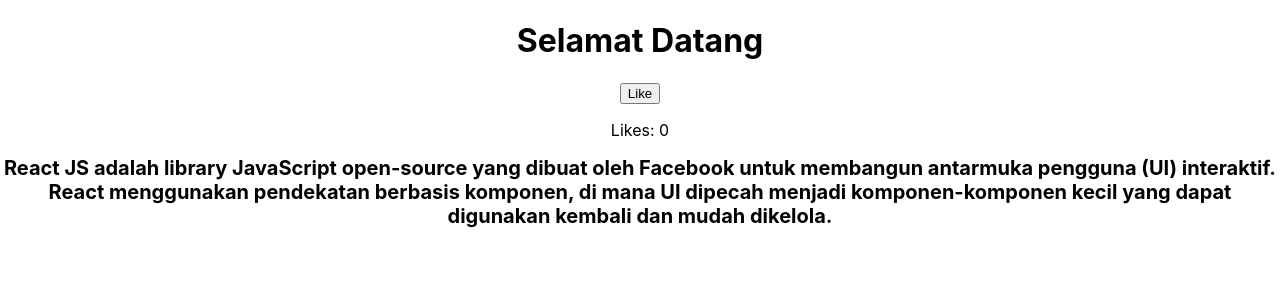
Repository: mfarhannr/Farhan_Quiz_ReactJS
Page: /
An editor plug-in stored every save of this project. The page is shown before and after a run of saves, followed by the edit.
The browser window is 1280 px wide. The pictures show the whole page.
The project was rebuilt for these pictures with package versions that can differ from the ones it lists, and the page was loaded fresh each time.

Above is the page before, as saved 2024-05-17 14:34:29.

### src/index.js
import React from 'react';
import ReactDOM from 'react-dom/client';
import './index.css';
import App from './App';
import Header from './components/text';
import reportWebVitals from './reportWebVitals';

const root = ReactDOM.createRoot(document.getElementById('root'));
root.render(
  <React.StrictMode>
    <App />
    {/* <Header /> */}
  </React.StrictMode>
);

// If you want to start measuring performance in your app, pass a function
// to log results (for example: reportWebVitals(console.log))
// or send to an analytics endpoint. Learn more: https://bit.ly/CRA-vitals
reportWebVitals();

### src/App.js

import Greeting from "./components/greeting";
import LikeButton from "./components/like-button";
import Text from "./components/text";
import "./App.css";

function App() {
  return (
    <div className="App">
      {/* <header className="App-header">
        <img src={logo} className="App-logo" alt="logo" />
        <p>
          Edit <code>src/App.js</code> and save to reload.
        </p>
        <a
          className="App-link"
          href="https://reactjs.org"
          target="_blank"
          rel="noopener noreferrer"
        ></a>
      </header> */}

      <Greeting />
      <LikeButton />
      <div className="desc">
        <Text desc="React JS adalah library JavaScript open-source yang dibuat oleh Facebook untuk membangun antarmuka pengguna (UI) interaktif. React menggunakan pendekatan berbasis komponen, di mana UI dipecah menjadi komponen-komponen kecil yang dapat digunakan kembali dan mudah dikelola." />
      </div>
    </div>
  );
}

export default App;

### src/components/text.js
import React from "react";

function Text(props) {
  return <h1>{props.desc}</h1>;
}

export default Text;

### src/components/greeting.js
import React from "react";

function Greeting() {
  return <h1>Selamat Datang</h1>;
}

export default Greeting;

### src/components/like-button.js
import React, { useState } from 'react';

function LikeButton() {
  const [likes, setLikes] = useState(0);

  const handleClick = () => {
    setLikes(likes + 1);
  };

  return (
    <div>
      <button onClick={handleClick}>Like</button>
      <p>Likes: {likes}</p>
    </div>
  );
}

export default LikeButton;

### src/App.css
.App {
  text-align: center;
}

.desc {
  font-size: 10px;
  font-: Poppins;
}
.App-logo {
  height: 40vmin;
  pointer-events: none;
}

@media (prefers-reduced-motion: no-preference) {
  .App-logo {
    animation: App-logo-spin infinite 20s linear;
  }
}

.App-header {
  background-color: #282c34;
  min-height: 100vh;
  display: flex;
  flex-direction: column;
  align-items: center;
  justify-content: center;
  font-size: calc(10px + 2vmin);
  color: white;
}

.App-link {
  color: #61dafb;
}

@keyframes App-logo-spin {
  from {
    transform: rotate(0deg);
  }
  to {
    transform: rotate(360deg);
  }
}

Loaded but not shown: public/index.html (common file); src/index.css (common file); src/reportWebVitals.js (common file)

After the next 2 saves:
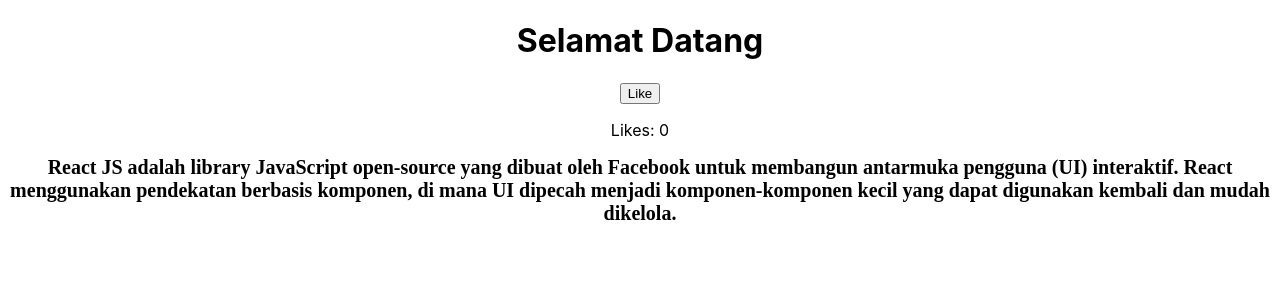
The 2 saves are shown as one change because they came seconds apart.
The last was saved 7 s later.
--- a/src/App.css
+++ b/src/App.css
@@ -4,7 +4,7 @@
 
 .desc {
   font-size: 10px;
-  font-: Poppins;
+  font-family: Poppins;
 }
 .App-logo {
   height: 40vmin;

After the save that followed:
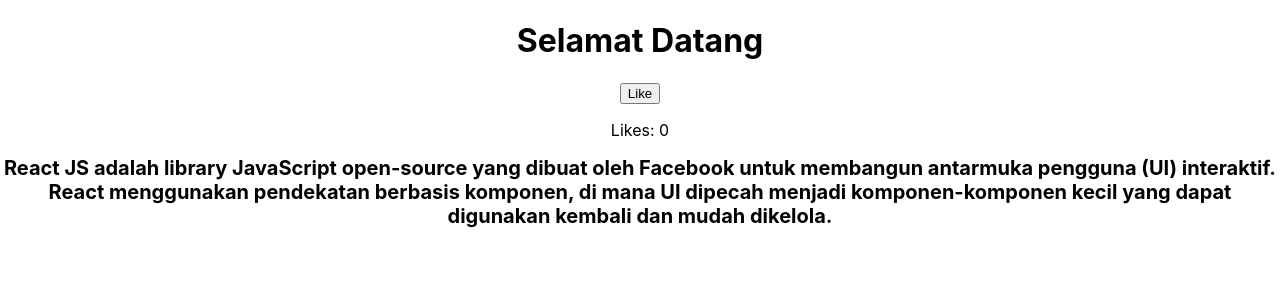
Saved 6 s later.
--- a/src/App.css
+++ b/src/App.css
@@ -4,7 +4,7 @@
 
 .desc {
   font-size: 10px;
-  font-family: Poppins;
+  font-familu: Poppins;
 }
 .App-logo {
   height: 40vmin;
